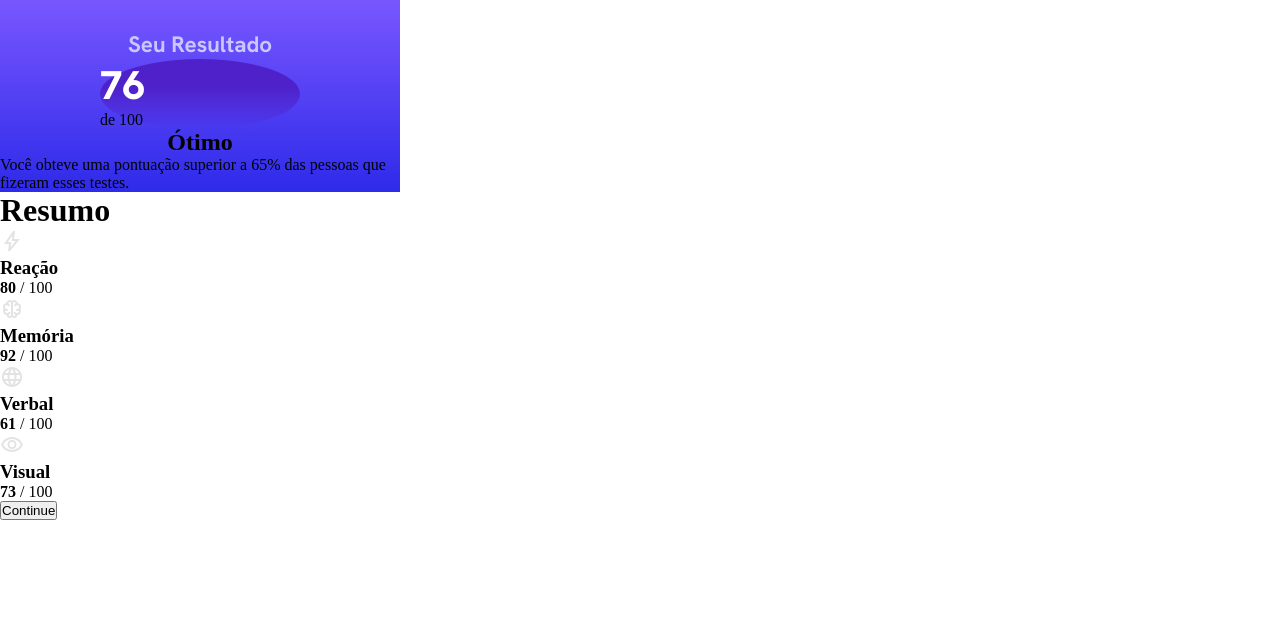
Repository: caique2512/resumo-de-resultados
Page: index.html
These files come from the project's save history. The page is drawn as it stood at one moment and after a run of saves; the edit follows.
The browser window is 1280 px wide. The pictures show the whole page.

Above is the page before, as saved 2026-03-05 23:17:23.

After the next 3 saves:
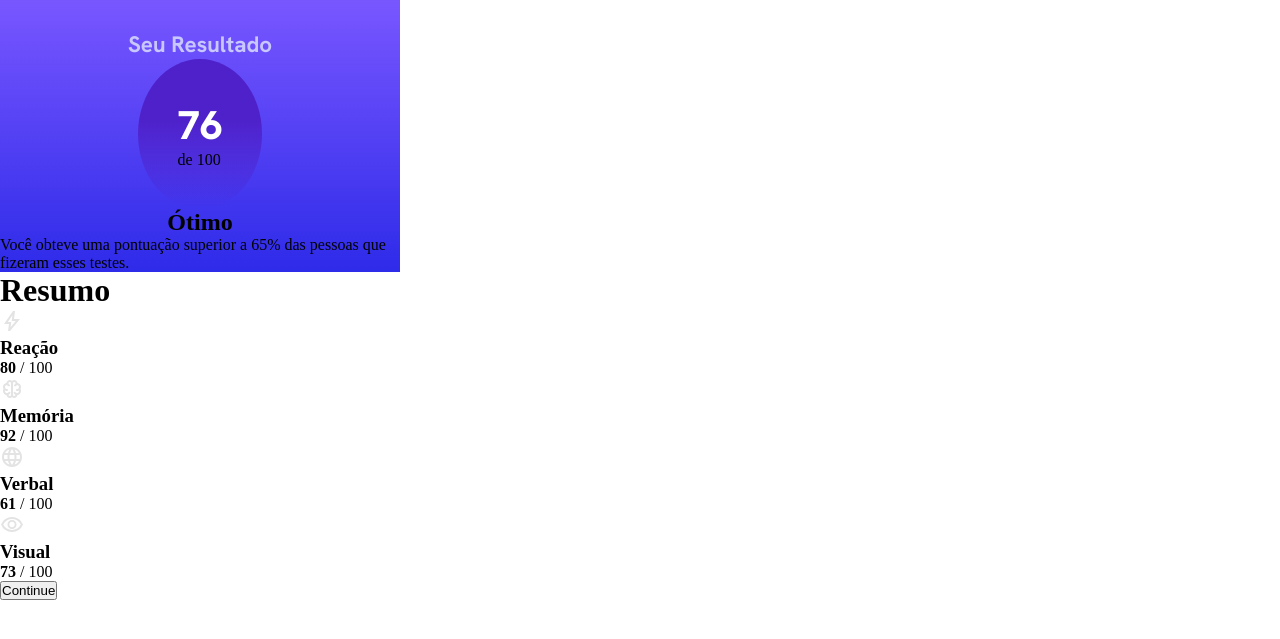
The 3 saves are shown as one change because they came seconds apart.
The last was saved 9 s later.
--- a/src/css/estilos.css
+++ b/src/css/estilos.css
@@ -18,7 +18,7 @@
 
 .circulo {
     background: linear-gradient(hsla(256, 72%, 46%, 1) 40%, hsla(241, 72%, 46%, 0));
-    width: 50%;
+    padding: 40px;
     border-radius: 50%;
 }
 
